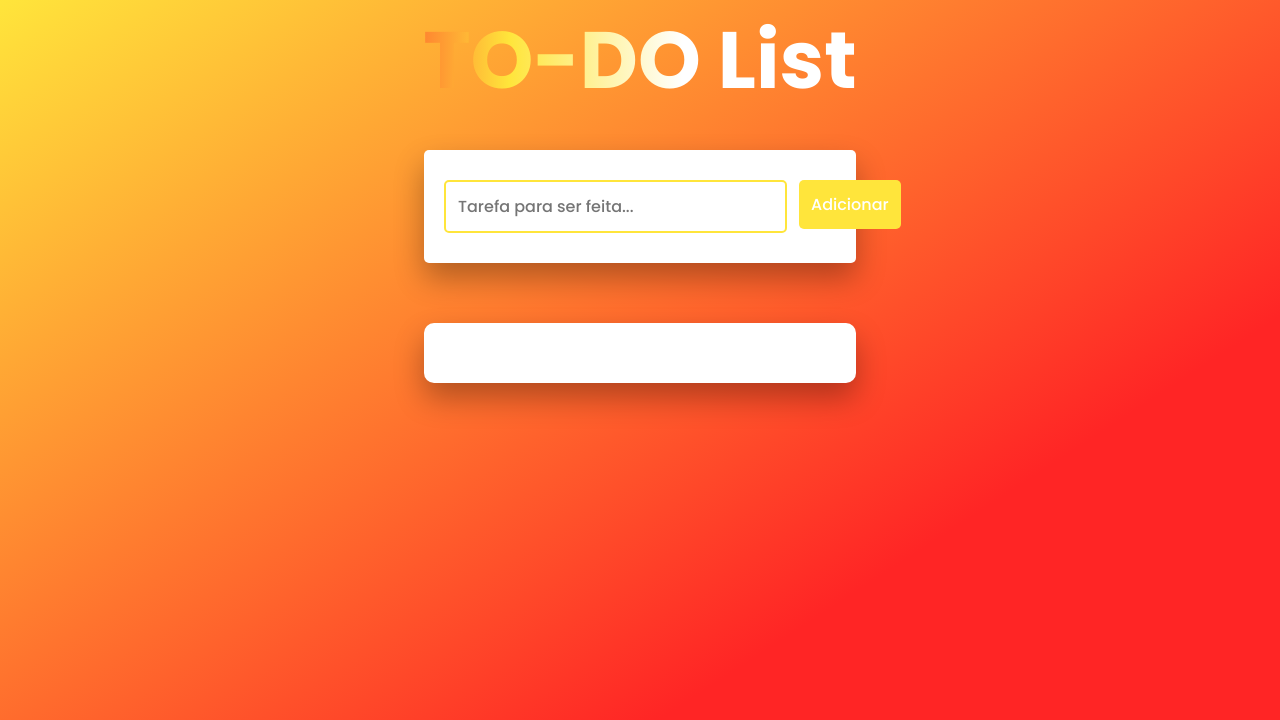
Repository: PetersonAntonyDev/python-flask-
Page: index.html
An editor plug-in stored every save of this project. The page is shown before and after the next save, followed by the edit.
The browser window is 1280 px wide. The pictures show the whole page.
Some web libraries are served in a nearby version.

Above is the page before, as saved 2022-07-26 14:26:23.

After the next save:
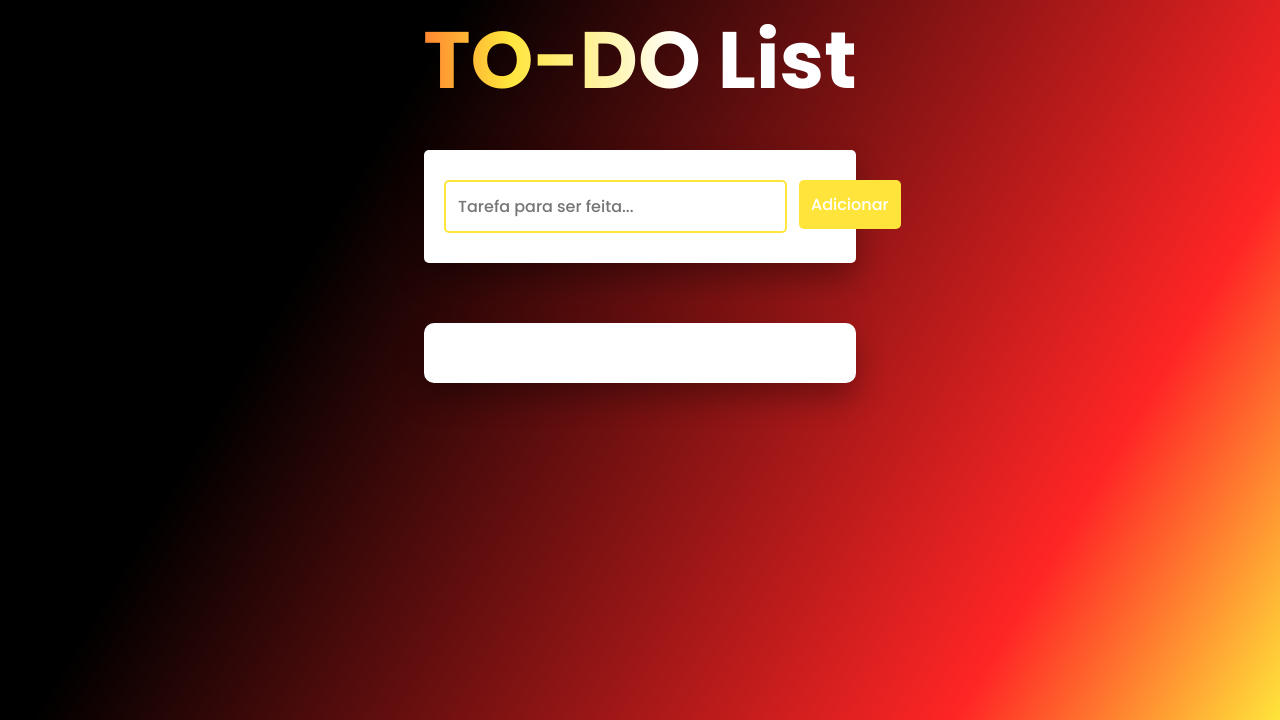
Saved 1 s later.
--- a/style.css
+++ b/style.css
@@ -7,8 +7,9 @@
 
 body {
     height: 100vh;
-    background-color: #FFE53B;
-    background-image: linear-gradient(147deg, #FFE53B 0%, #FF2525 74%);
+    background-color: #000000;
+background-image: linear-gradient(121deg, #000000 27%, #FF2525 81%, #FFE53B 100%);
+
     display: flex;
     align-items: center;
     flex-direction: column;
